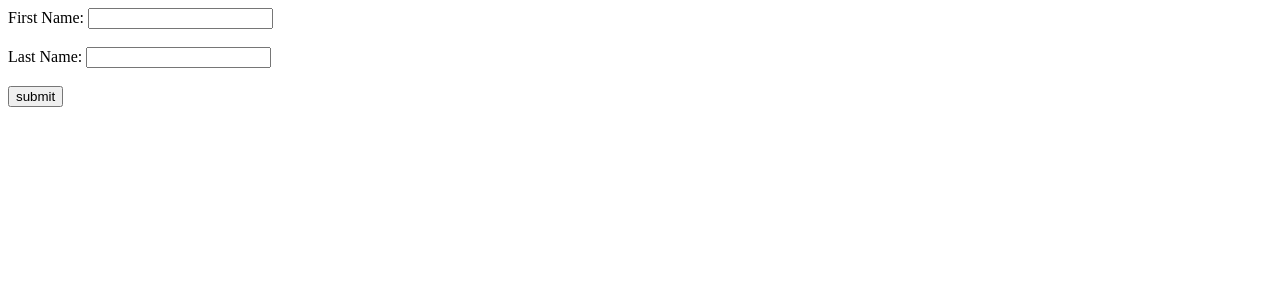
Repository: shailajaJ/database_app
Page: jsp-servlets/jspdemp/WebContent/student-radio.html
These files come from the project's save history. The page is drawn as it stood at one moment and after the next save; the edit follows.
The browser window is 1280 px wide. The pictures show the whole page.

Above is the page before, as saved 2017-03-12 17:50:29.

### jsp-servlets/jspdemp/WebContent/student-radio.html
<html>
<head><title>Student Registration Form</title></head>
<body>
	<form action="student-radio-response.jsp">
		First Name: <input type="text" name="firstName">
		<br></br>
		Last Name: <input type="text" name="lastName">
		<br></br>

		<input type="submit" value="submit">
	</form>
</body>
</html>

After the next save:
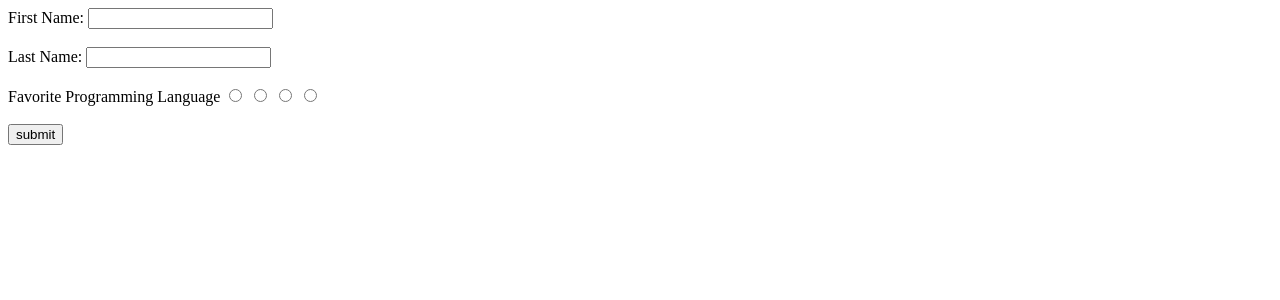
Saved 65 s later.
--- a/jsp-servlets/jspdemp/WebContent/student-radio.html
+++ b/jsp-servlets/jspdemp/WebContent/student-radio.html
@@ -6,7 +6,12 @@
 		<br></br>
 		Last Name: <input type="text" name="lastName">
 		<br></br>
-
+		Favorite Programming Language
+		<input type="radio" name="Java">
+		<input type="radio" name="PHP">
+		<input type="radio" name="C">
+		<input type="radio" name="C++">
+		<br></br>
 		<input type="submit" value="submit">
 	</form>
 </body>
